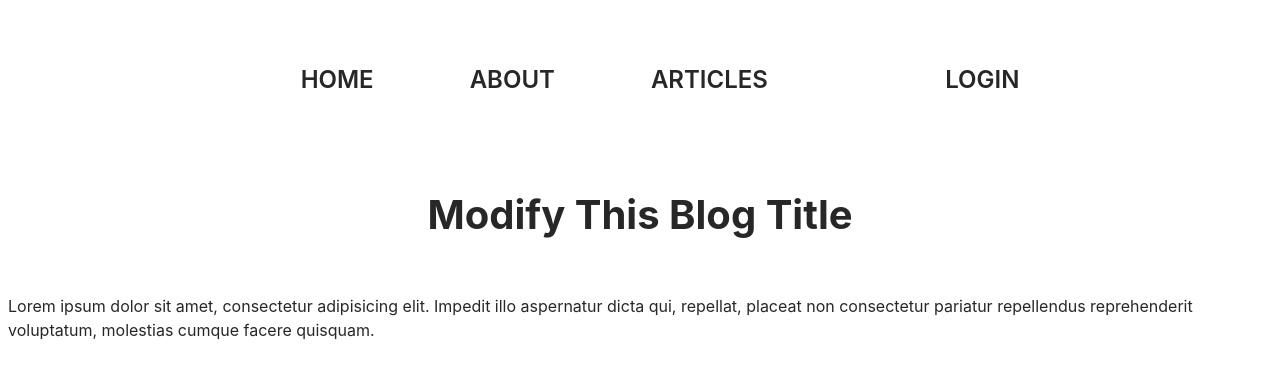
Repository: ValGrace/-static-site
Page: /home (app in client/)
The author's editor kept a copy of each file at every save. The page is drawn from the files as they stood at one save, then again after the next save.
The browser window is 1280 px wide. The pictures show the whole page.
The project was rebuilt for these pictures with package versions that can differ from the ones it lists, and the page was loaded fresh each time. Also part of the build but not shown: client/vite.config.js, client/src/Utils/appwrite.js, client/src/Components/Inputs.css, client/src/Components/Login.jsx, client/src/Components/Signup.jsx.

Above is the page before, as saved 2023-02-05 11:39:32.

### client/src/main.jsx
import React from 'react'
import ReactDOM from 'react-dom/client'
import App from './App'
import './index.css'
import { BrowserRouter } from 'react-router-dom'
ReactDOM.createRoot(document.getElementById('root')).render(
  <React.StrictMode>
    <BrowserRouter>
    <App />
    </BrowserRouter>
  </React.StrictMode>,
)

### client/src/App.jsx
import PageRouter from './Routing/PageRouter'
import './App.css'

function App() {


  return (
    <div className="App">
      <PageRouter />
    </div>
  )
}

export default App

### client/src/index.css
:root {
  font-family: Inter, system-ui, Avenir, Helvetica, Arial, sans-serif;
  line-height: 1.5;
  font-weight: 400;

  color-scheme: light dark;
  color: rgba(7, 7, 7, 0.87);
  background-color: #ffffff;

  font-synthesis: none;
  text-rendering: optimizeLegibility;
  -webkit-font-smoothing: antialiased;
  -moz-osx-font-smoothing: grayscale;
  -webkit-text-size-adjust: 100%;
}

/* a {
  font-weight: 500;
  color: #646cff;
  text-decoration: inherit;
}
a:hover {
  color: #535bf2;
}

body {
  margin: 0;
  display: flex;
  place-items: center;
  min-width: 320px;
  min-height: 100vh;
}

h1 {
  font-size: 3.2em;
  line-height: 1.1;
}

button {
  border-radius: 8px;
  border: 1px solid transparent;
  padding: 0.6em 1.2em;
  font-size: 1em;
  font-weight: 500;
  font-family: inherit;
  background-color: #1a1a1a;
  cursor: pointer;
  transition: border-color 0.25s;
}
button:hover {
  border-color: #646cff;
}
button:focus,
button:focus-visible {
  outline: 4px auto -webkit-focus-ring-color;
}

@media (prefers-color-scheme: light) {
  :root {
    color: #213547;
    background-color: #ffffff;
  }
  a:hover {
    color: #747bff;
  }
  button {
    background-color: #f9f9f9;
  }
} */

### client/src/Routing/PageRouter.jsx
import Dashboard from "../Pages/Dashboard";
import HomePage from "../Pages/HomePage";
import { Routes, Route} from "react-router-dom"

const PageRouter = () => {
    return (
        <Routes>
            <Route path="/" element={<Dashboard />} />
            <Route path="/home" element={<HomePage />} />
        </Routes>
    )
}

export default PageRouter

### client/src/App.css
.App {
  display: flex;
  flex-direction: column;
  justify-content: center;
  align-items: center;
}

### client/src/Pages/Dashboard.jsx
import React, { useReducer} from 'react'
import Login from '../Components/Login'
import Signup from '../Components/Signup'
import "../Components/Inputs.css"
const initialState = {page : <Login />}
function reducer(state, action) {
    switch(action.type) {
        case 'loginpage':
          return { page: <Login />}
        case 'signuppage':
            return { page: <Signup />}
        default:
            return { page: <h2>Loading....</h2>}
    }
}
const Dashboard = () => {
    const [state, dispatch] = useReducer(reducer, initialState)
    return (
        <div className='dashboard'>
         <h2>Static Site Generator</h2>
         <div>Static site Image</div>
         <div className='dash' id='dash'>
            <div className='toggleForms'>
                <button onClick={() => dispatch({type: 'loginpage'})} className="type-btn">Login</button>
                <button onClick={() => dispatch({type: 'signuppage'})} className="type-btn">Signup</button>
                </div>
            <React.Fragment>{state.page}</React.Fragment>

            <button id="auth-btns">Login with Github account</button>
            <button id="auth-btns">Login with Google account</button>
         </div>
       </div>
    )
}

export default Dashboard

### client/src/Pages/HomePage.jsx
import Navbar from "../Components/Navbar"
import TopSection from "../Components/TopSection"
const HomePage = () => {
    return (
        <>
         <Navbar />
         <TopSection />
        </>
    )
}

export default HomePage

### client/src/Components/Navbar.jsx
import "./Navbar.css"
const Navbar = () => {
    return (
        <nav>
            <ul>
                <li>home</li>
                <li>about</li>
                <li>articles</li>
            </ul>
            <ul>
                <li>Login</li>
            </ul>
        </nav>
    )
}

export default Navbar

### client/src/Components/TopSection.jsx
const TopSection = () => {
    return (
      <>
      <div className="top-text" id="top-text">
      <h2>Modify this blog title</h2>
      <p>Lorem ipsum dolor sit amet, consectetur adipisicing elit. Impedit illo aspernatur dicta qui, repellat, placeat non consectetur pariatur repellendus reprehenderit voluptatum, molestias cumque facere quisquam.</p>
      </div>
      </>
    )
}

export default TopSection

### client/src/Components/Navbar.css
nav {
    width: 70vw;
    height: 20vh;
    display: flex;
}

nav > ul{
  display: flex;
  flex-direction: row;
  text-transform: uppercase;
  list-style-type: none;
  justify-content: center;
  align-items: center;
  gap: 4em;
  font-weight: 600;
  font-size: 1.5rem;
  flex-grow: 1;
}

#top-text {
    display: flex;
    flex-direction: row;
    justify-content: center;
    flex-wrap: wrap;
}

#top-text > h2 {
    font-size: 2.5rem;
    text-transform: capitalize;
    float: left;
}

Loaded but not shown: client/index.html (common file)

After the next save:
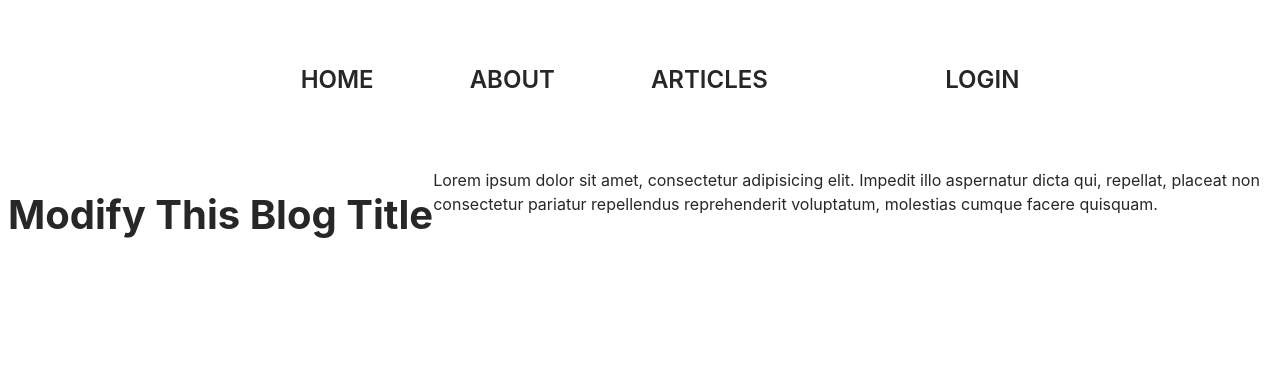
Saved 40 s later.
--- a/client/src/Components/Navbar.css
+++ b/client/src/Components/Navbar.css
@@ -17,12 +17,12 @@ nav > ul{
   flex-grow: 1;
 }
 
-#top-text {
+/* #top-text {
     display: flex;
     flex-direction: row;
     justify-content: center;
     flex-wrap: wrap;
-}
+} */
 
 #top-text > h2 {
     font-size: 2.5rem;
